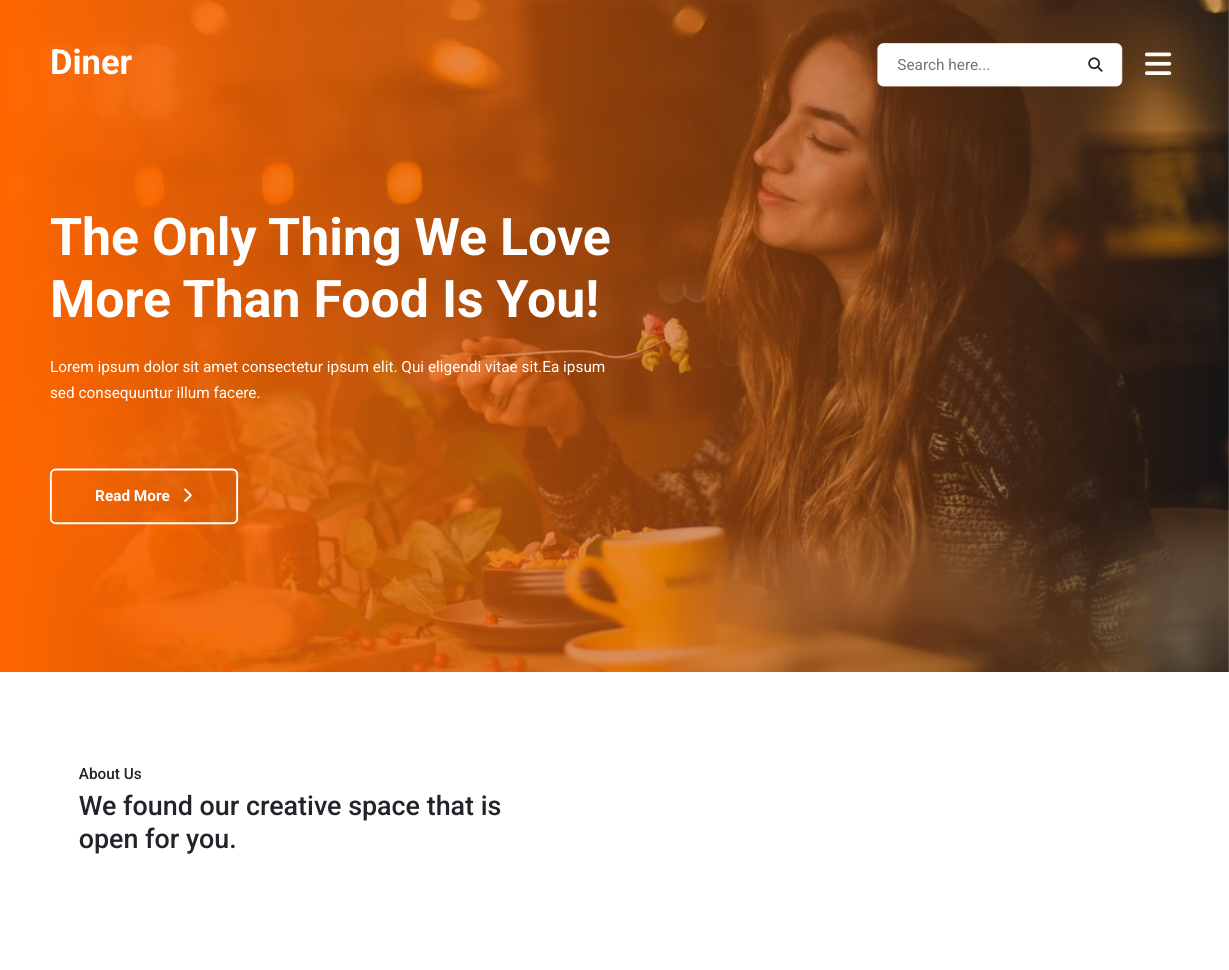
Repository: minhtrivu6199/Diner
Page: index.html
An editor plug-in stored every save of this project. The page is shown before and after the next save, followed by the edit.
The browser window is 1280 px wide. The pictures show the whole page, at 96% of full size.
Backgrounds fixed to the window are drawn as part of the page. The style sheet was rebuilt from its Sass, Less or Tailwind sources for each picture, by a compiler version that may differ from the author's.

Above is the page before, as saved 2022-10-10 14:51:59.

After the next save:
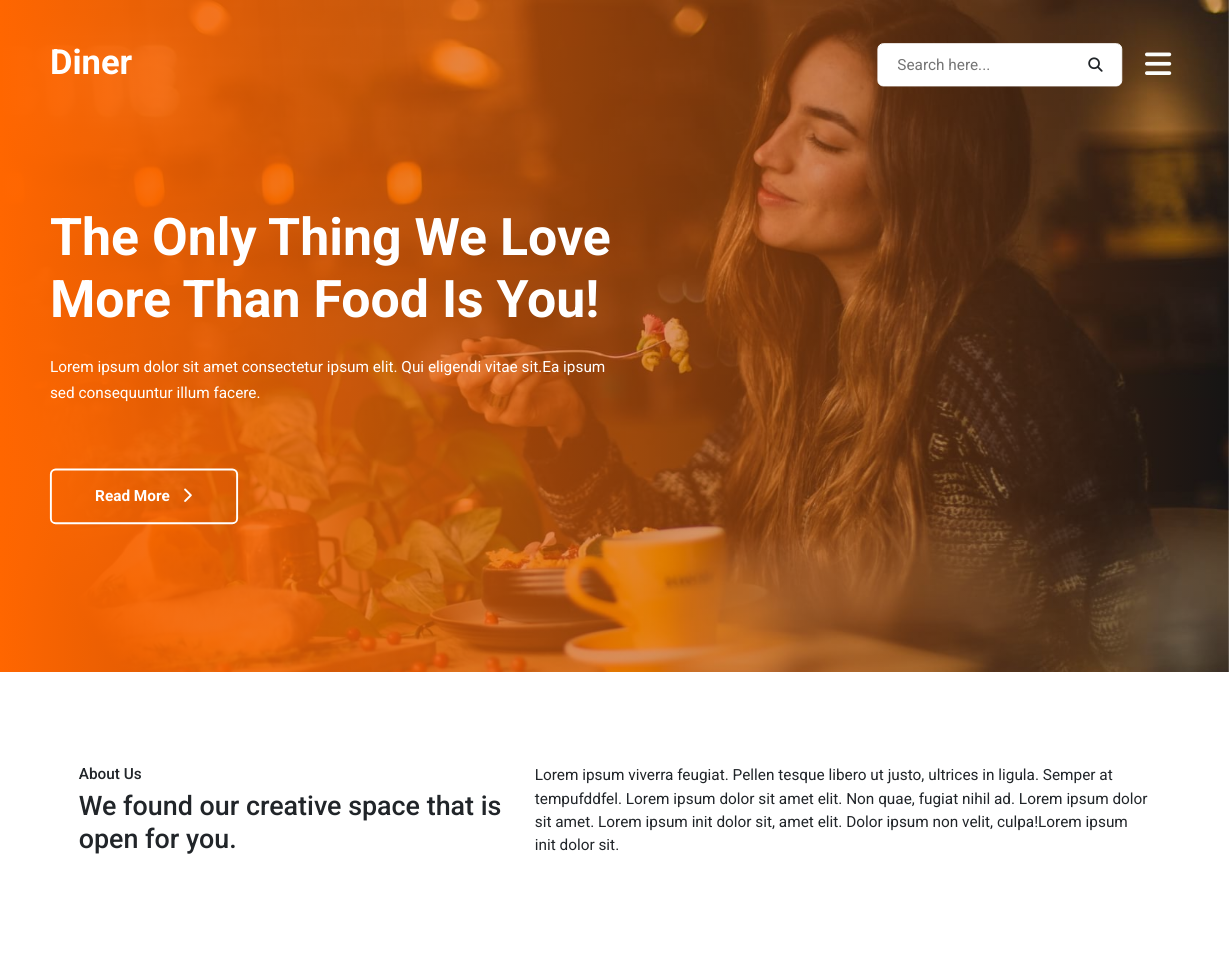
Saved 2 min 43 s later.
--- a/index.html
+++ b/index.html
@@ -24,8 +24,14 @@
       href="https://fonts.googleapis.com/css2?family=Roboto:wght@100;300;400;500;700;900&display=swap"
       rel="stylesheet"
     />
-    <link href="https://fonts.googleapis.com/css2?family=Pacifico&display=swap" rel="stylesheet">
-    <link href="https://fonts.googleapis.com/css2?family=Quicksand:wght@300;400;500;600;700&display=swap" rel="stylesheet">
+    <link
+      href="https://fonts.googleapis.com/css2?family=Pacifico&display=swap"
+      rel="stylesheet"
+    />
+    <link
+      href="https://fonts.googleapis.com/css2?family=Quicksand:wght@300;400;500;600;700&display=swap"
+      rel="stylesheet"
+    />
 
     <!-- Bootstrap CSS v5.2.1 -->
     <link
@@ -117,12 +123,18 @@
       <div class="container py-md-5">
         <div class="row content">
           <div class="col-lg-5 content-left">
-            <h6 class="subtitle">About Us</h6>
-            <h3 class="title mb-4">
-              We found our creative space that is open for you.
-            </h3>
+            <div class="about-title">
+              <h6 class="subtitle">About Us</h6>
+              <h3 class="title mb-4">
+                We found our creative space that is open for you.
+              </h3>
+            </div>
           </div>
-          <div class="col-lg-7 content-right"></div>
+          <div class="col-lg-7 content-right">
+            <p>
+              Lorem ipsum viverra feugiat. Pellen tesque libero ut justo, ultrices in ligula. Semper at tempufddfel. Lorem ipsum dolor sit amet elit. Non quae, fugiat nihil ad. Lorem ipsum dolor sit amet. Lorem ipsum init dolor sit, amet elit. Dolor ipsum non velit, culpa!Lorem ipsum init dolor sit.
+            </p>
+          </div>
         </div>
       </div>
     </section>
